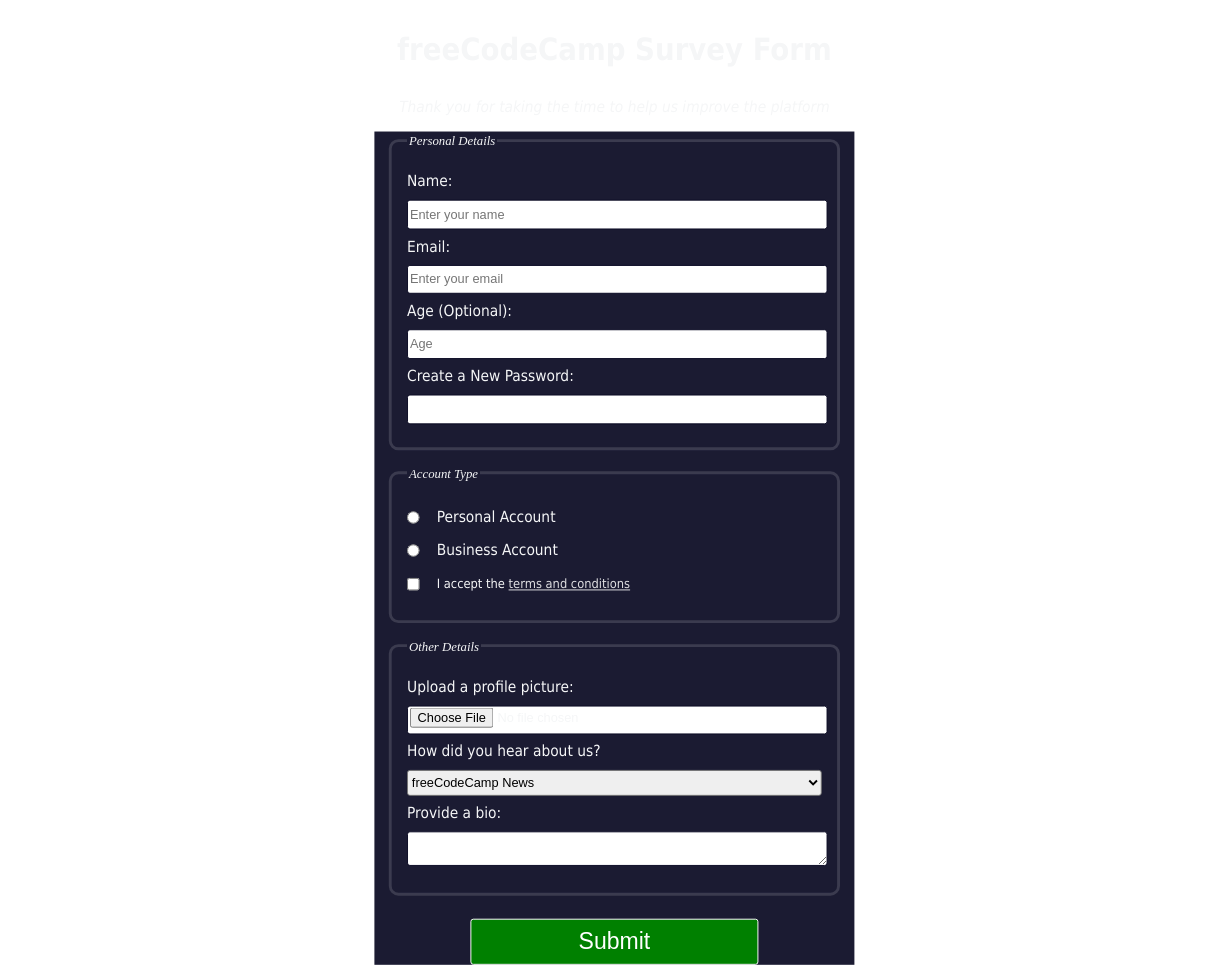
Repository: Lungdjos/survey_form_certification
Page: index.html
These files come from the project's save history. The page is drawn as it stood at one moment and after the next save; the edit follows.
The browser window is 1280 px wide. The pictures show the whole page, at 96% of full size.

Above is the page before, as saved 2023-09-30 02:19:12.

### index.html
<!DOCTYPE html>
<html lang="en">

<head>
    <meta charset="UTF-8">
    <meta name="viewport" content="width=device-width, initial-scale=1.0">
    <title>Survey Form</title>
    <link rel="stylesheet" href="styles.css">
</head>

<body>
    <h1>freeCodeCamp Survey Form </h1>
    <p>Thank you for taking the time to help us improve the platform</p>
    <form action="https://register-demo.freecodecamp.org" method="post">
        <fieldset>
            <legend> <small>Personal Details</small> </legend>
            <label for="name">Name: <input type="text" id="name" name="name" placeholder="Enter your name" required> </label>
            <label for="email">Email: <input type="email" id="email" name="email" placeholder="Enter your email" required> </label>
            <label for="age">Age (Optional): <input type="number" name="age" id="age" min="13" max="100" placeholder="Age"> </label>
            <label for="new-password">Create a New Password: <input type="password" name="password" id="new-password" pattern="[A-Za-z0-9]{8,}" minlength="8" required> </label>

        </fieldset>
        <fieldset>
            <legend> <small>Account Type</small></legend>
            <label for="personal-account"> <input class="inline" type="radio" name="account-type" id="personal-account"> Personal Account</label>
            <label for="business-account"> <input class="inline" type="radio" name="account-type" id="business-account"> Business Account</label>
            <label for="terms-and-conditions"> <input class="inline" type="checkbox" name="ts-and-cs" id="terms-and-conditions" required> <small>I accept the <a href="https://www.freecodecamp.org/news/terms-of-service/">terms and conditions</a> </small> </label>
        </fieldset>
        <fieldset>
            <legend> <small>Other Details</small></legend>
            <label for="profile-pic">Upload a profile picture: <input type="file" name="profile-piture" id="profile-pic"></label>


            <label for="referrer"> How did you hear about us?
                <select name="referrer" id="referrer">
                    <option value="">(select one)</option>
                    <option value="1" selected name="news">freeCodeCamp News</option>
                    <option value="2" name="youtube" >freeCodeCamp YouTube Channel</option>
                    <option value="3" name="forum" >freeCodeCamp Forum</option>
                    <option value="4" name="other" >Other</option>
                </select>
            </label>
            <label for="bio">Provide a bio:
                <textarea name="biography" id="bio" cols="50" rows="2" placeholder="I like coding on the beach..." >
                </textarea>
            </label>
        </fieldset>

        <input type="submit" value="Submit" name="submit" id="submit-btn">
    </form>
</body>

</html>

### styles.css
/* designs for the survey form */


/* CSS for the Registration Form */

body {
    width: 100%;
    height: 100vh;
    /* will need to set the value to */
    margin: 15px 0 15px 0;
    color: #f5f6f7;
    font-size: 16px;
    font-family: Tahoma;
}

label {
    display: block;
    margin: .5rem 0;
}

a {
    color: #dfdfe2;
}

a:hover {
    color: blanchedalmond;
    text-decoration: none;
}

a:active {
    color: #0a0a23;
}

form {}

fieldset {
    margin: 15px;
    border-radius: 10px;
    border: 3px solid #3b3b4f;
    padding: 1rem;
}


/* gets the last element and take effects */


/* fieldset:last-of-type {
    border: none;
} */

input,
textarea,
select {
    margin: 10px 0 0 0;
    width: 100%;
    border-radius: 3px;
    min-height: 2em;
}

input,
textarea {
    background-color: #fff;
    border: 1px solid #0a0a23;
    color: ##0a0a23;
    ;
}

.inline {
    width: unset;
    margin: 0 1em 0 0;
    vertical-align: middle;
}

legend {
    font-style: italic;
    font-family: 'Times New Roman', Times, serif;
}

h1,
p {
    margin: 1em auto;
    text-align: center;
}

p {
    font-style: italic;
}

form {
    /* margin: 0px 30px 0px 30px; */
    margin: 0 auto;
    max-width: 500px;
    min-width: 300px;
    width: 60vw;
    background-color: #1b1b32;
}

#submit-btn:hover {
    background-color: blanchedalmond;
    margin-bottom: 2em;
    color: #0a0a23;
    border: 4px solid #3b3b4f;
    border-radius: 8px;
}

input[name="submit"] {
    display: block;
    width: 60%;
    margin: 1em auto;
    height: 2em;
    font-size: 1.5rem;
    background-color: green;
    color: #fff;
    border-color: white;
    min-width: 1em;
}

input[type="file"] {
    min-height: 2em;
    padding: 1px 2px;
}

After the next save:
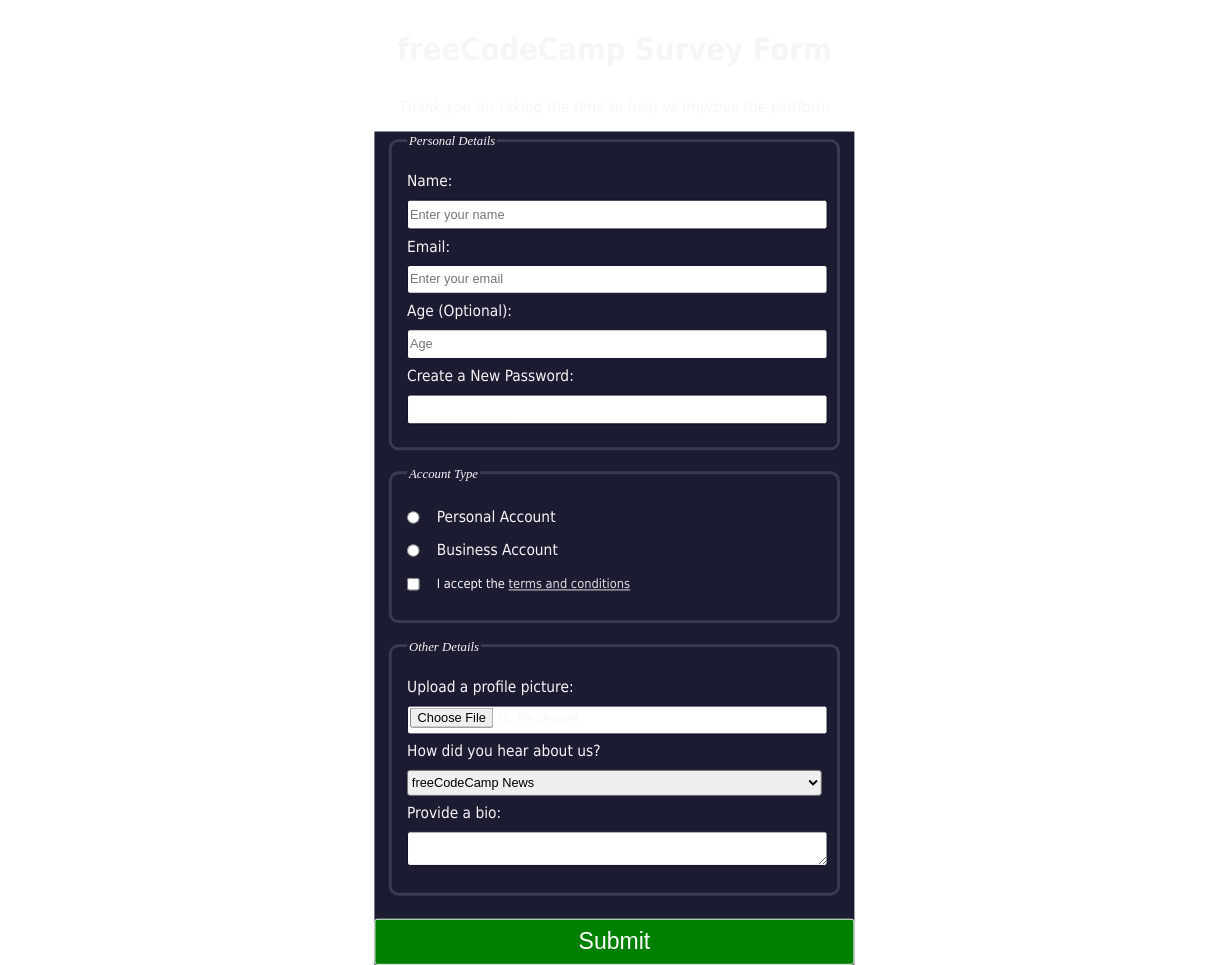
Saved 83 s later.
--- a/styles.css
+++ b/styles.css
@@ -105,7 +105,7 @@
 
 input[name="submit"] {
     display: block;
-    width: 60%;
+    /* width: 60%; */
     margin: 1em auto;
     height: 2em;
     font-size: 1.5rem;

After the save that followed:
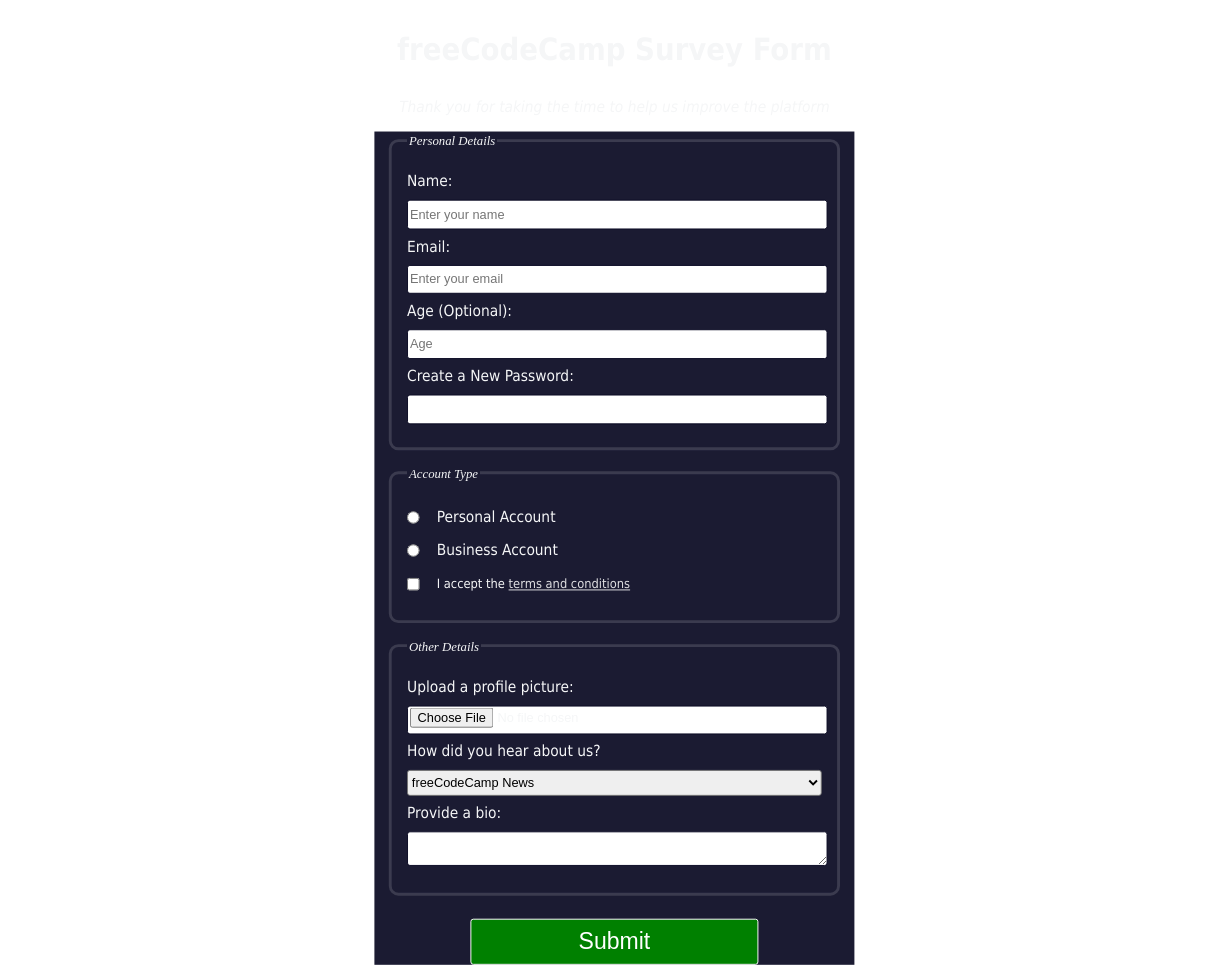
Saved 29 s later.
--- a/styles.css
+++ b/styles.css
@@ -105,7 +105,7 @@
 
 input[name="submit"] {
     display: block;
-    /* width: 60%; */
+    width: 60%;
     margin: 1em auto;
     height: 2em;
     font-size: 1.5rem;
